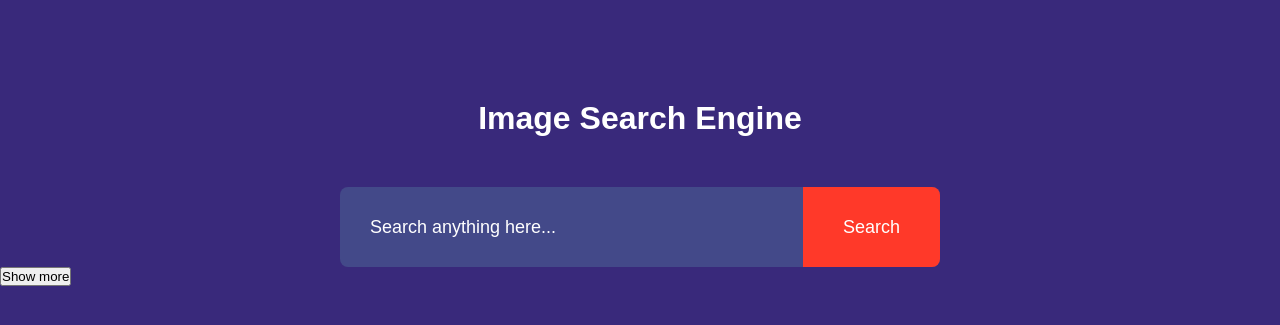
Repository: AbdullahOwais-Dev/Image-Search-App
Page: index.html
An editor plug-in stored every save of this project. The page is shown before and after a run of saves, followed by the edit.
The browser window is 1280 px wide. The pictures show the whole page.

Above is the page before, as saved 2025-02-09 00:19:51.

After the next 2 saves:
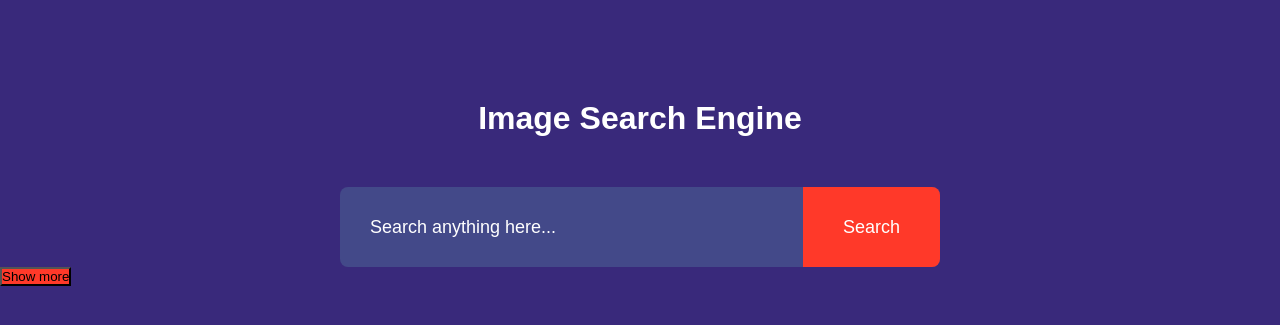
The 2 saves are shown as one change because they came seconds apart.
The last was saved 6 s later.
--- a/style.css
+++ b/style.css
@@ -50,5 +50,6 @@
     font-size: 18px;
 }
 #show-more-btn{
-    background: ;
+    background: #ff3929;
+    color: ;
 }
